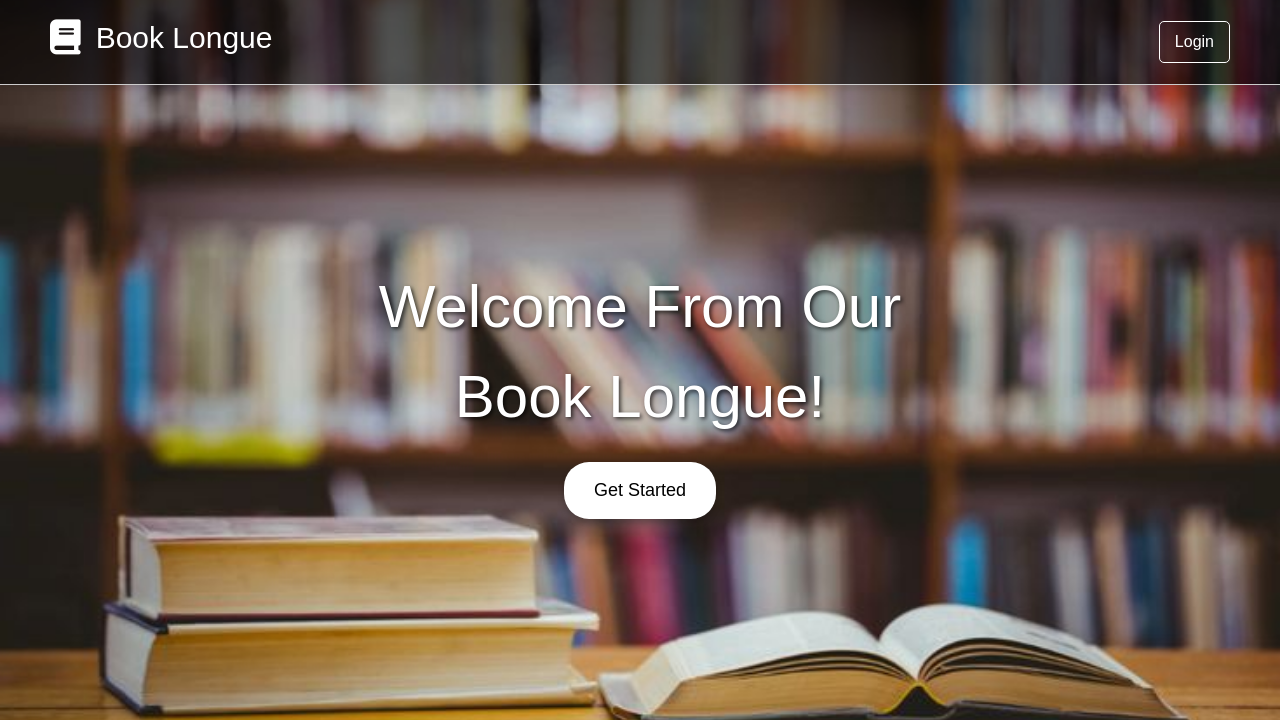
Repository: moehaymanmyint/Book-Longue-Web-System
Page: pages /GetStarted.html
These files come from the project's save history. The page is drawn as it stood at one moment and after the next save; the edit follows.
The browser window is 1280 px wide. The pictures show the whole page.

Above is the page before, as saved 2024-12-21 20:34:19.

### pages /GetStarted.html
<!DOCTYPE html>
<html lang="en">
<head>
    <meta charset="UTF-8">
    <meta name="viewport" content="width=device-width, initial-scale=1.0">
    <title>Book Longue - Get Started</title>
    <link href="https://cdn.jsdelivr.net/npm/bootstrap@5.3.3/dist/css/bootstrap.min.css" rel="stylesheet" integrity="sha384-QWTKZyjpPEjISv5WaRU9OFeRpok6YctnYmDr5pNlyT2bRjXh0JMhjY6hW+ALEwIH" crossorigin="anonymous">
    <script src="https://cdn.jsdelivr.net/npm/bootstrap@5.3.3/dist/js/bootstrap.bundle.min.js" integrity="sha384-YvpcrYf0tY3lHB60NNkmXc5s9fDVZLESaAA55NDzOxhy9GkcIdslK1eN7N6jIeHz" crossorigin="anonymous"></script>
    <link rel="stylesheet" href="../style/GetStarted.css">
    <link rel="stylesheet" href="https://cdnjs.cloudflare.com/ajax/libs/font-awesome/6.7.2/css/all.min.css" integrity="sha512-Evv84Mr4kqVGRNSgIGL/F/aIDqQb7xQ2vcrdIwxfjThSH8CSR7PBEakCr51Ck+w+/U6swU2Im1vVX0SVk9ABhg==" crossorigin="anonymous" referrerpolicy="no-referrer" />
</head>
<body>
    <div class="nav-bar">
        <div class="left">
            <i class="fa-solid fa-book"></i>
            <h1>Book Longue</h1>
        </div>
        <div class="right">
            <button type="button" class="btn btn-light">Login</button>
        </div>
    </div>
    <div class="content">
        <h1>Welcome From Our<br>Book Longue!</h1>
        <button type="button" class="btn btn-light">Get Started</button>
    </div>
</body>
</html>

### style/GetStarted.css
body {
    background-image: url(../src/GetStart-bg.jpg);
    background-size: cover;
    background-repeat: no-repeat;
    background-position: center;
    height: 100vh;
    color: #ffffff;
    font-family: 'Arial', sans-serif;
    margin: 0;
}

.nav-bar {
    display: flex;
    justify-content: space-between;
    align-items: center;
    padding: 20px 50px;
    background-color: rgba(0, 0, 0, 0.6);
    border-bottom: 1px solid #ccc;
    position: fixed;
    width: 100%;
    z-index: 10;
    box-shadow: 0px 4px 6px rgba(0, 0, 0, 0.1);
}

.nav-bar .left{
    display: flex;
    justify-content: center;
}

.nav-bar .left i {
    font-size: 35px;
    margin-right: 15px;
    color: #fff;
}

.nav-bar h1 {
    font-size: 30px;
    color: #fff;
}

.nav-bar button {
    border: 1px solid #fff;
    background-color: transparent;
    color: #fff;
    padding: 8px 15px;
    border-radius: 5px;
    cursor: pointer;
    transition: 0.3s;
}

.nav-bar button:hover {
    background-color: #fff;
    color: #000;
}

.content {
    display: flex;
    flex-direction: column;
    align-items: center;
    justify-content: center;
    text-align: center;
    height: 100%;
    padding-top: 40px;
}

.content h1 {
    font-size: 60px;
    text-align: center;
    line-height: 1.5;
    margin: 20px 0;
    color: #ffffff;
    text-shadow: 2px 2px 4px rgba(0, 0, 0, 0.7);
}
.content button {
    border: none;
    padding: 15px 30px;
    font-size: 18px;
    color: #000;
    background-color: #fff;
    border-radius: 25px;
    cursor: pointer;
    box-shadow: 0px 4px 6px rgba(0, 0, 0, 0.2);
    transition: 0.3s;
}

.content button:hover {
    background-color: #9d2f2f;
    color: #fff;
    transform: translateY(-2px);
}

After the next save:
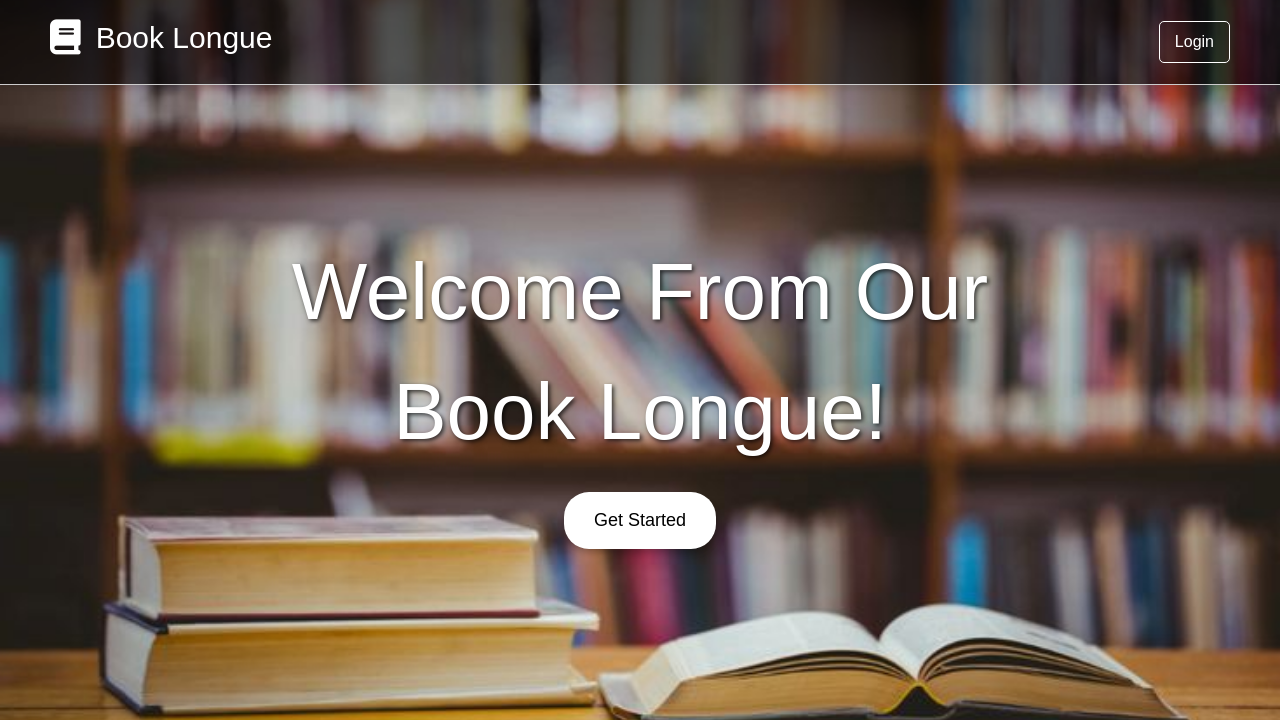
Saved 10 s later.
--- a/style/GetStarted.css
+++ b/style/GetStarted.css
@@ -64,7 +64,7 @@ body {
 }
 
 .content h1 {
-    font-size: 60px;
+    font-size: 80px;
     text-align: center;
     line-height: 1.5;
     margin: 20px 0;
